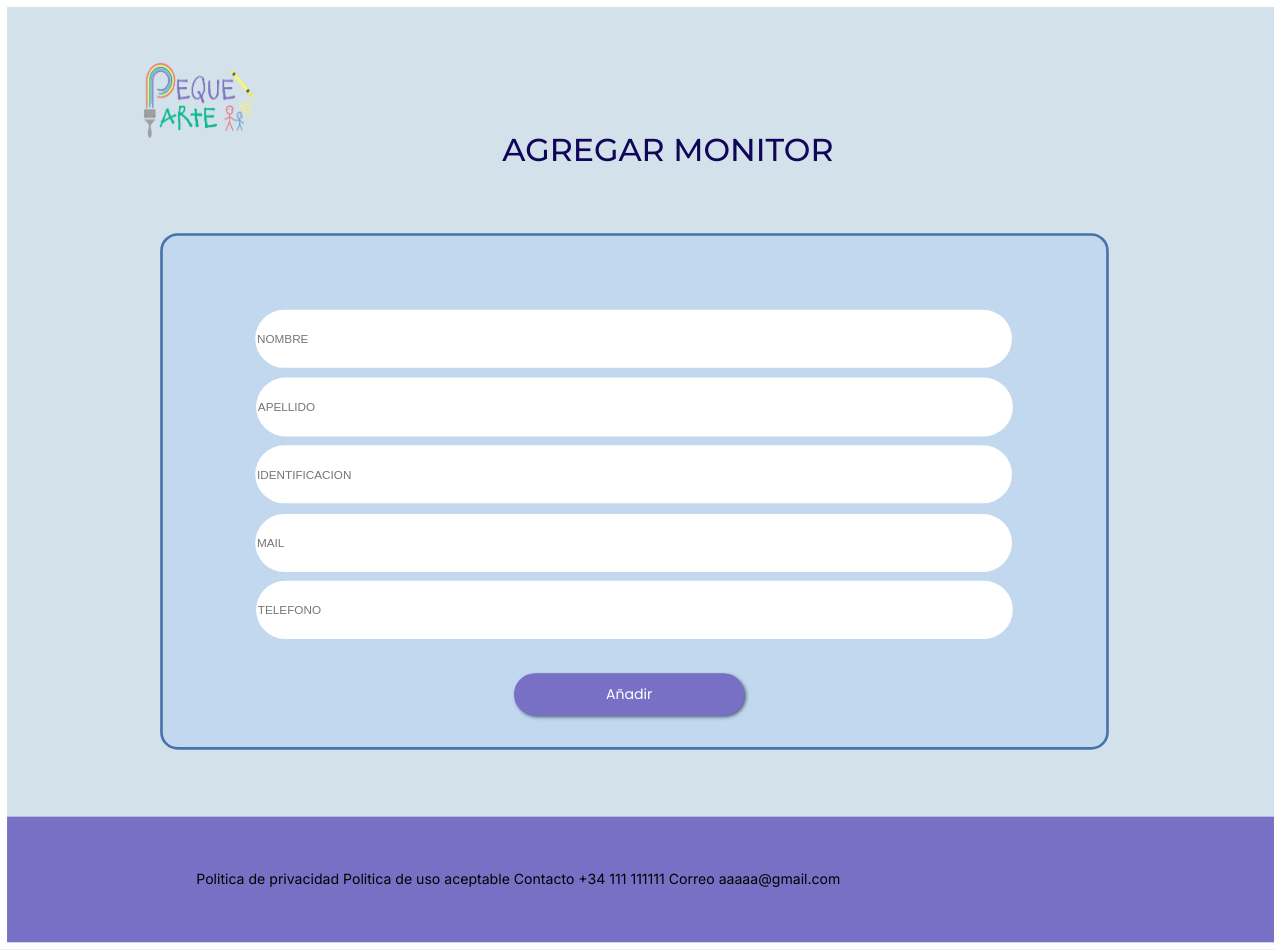
Repository: maariadomiingo/Proyecto-Integrador-Campamento
Page: html/agregarMonitor.html
The author's editor kept a copy of each file at every save. The page is drawn from the files as they stood at one save, then again after the next save.
The browser window is 1280 px wide. The page is 1448 px wide, so the pictures cover 1448 px, including what lies to the right of the window. The pictures show the whole page, at 88% of full size.

Above is the page before, as saved 2025-02-13 10:59:32.

### html/agregarMonitor.html
<!DOCTYPE html>
<html lang="en">
  <head>
    <meta charset="UTF-8" />
    <meta name="viewport" content="width=device-width, initial-scale=1.0" />
    <title>Ahregar Monitor</title>
    <link rel="stylesheet" href="https://fonts.googleapis.com/css2?family=Montserrat:wght@500&display=swap" />
<link rel="stylesheet" href="https://fonts.googleapis.com/css2?family=Poppins:wght@400&display=swap" />
<link rel="stylesheet" href="https://fonts.googleapis.com/css2?family=Inter:wght@400&display=swap" />
    <link rel="stylesheet" href="../css/agregarMonitor.css" />
  </head>
  <body>

    <div class="main-container">
      <img src="../img/logo sin fondo.png" class="logo" />
      <span class="span">AGREGAR MONITOR</span>
      <div class="fondo">
      <div class="caja-azul">

</div>

      </div>

<!--       cambiarnombre class: nombre, apellido,mail,telefono,identificacion en html y css
 -->      <input type="text" class="nombre" name="nombre" placeholder="NOMBRE">
      <input type="text" class="apellido" name="apellido" placeholder="APELLIDO">
      <input type="email" class="mail" name="mail" placeholder="MAIL">
      <input type="text" class="telefono" name="telefono" placeholder="TELEFONO">
      <input type="text" class="identificacion" name="IDENTIFICACION" placeholder="IDENTIFICACION">

      <button class="primary-buttons">
        <span class="button">Añadir</span>
      </button>
      <div class="rectangle-a"></div>
      <span class="politica-de-privacidad">Politica de privacidad Politica de uso aceptable Contacto +34 111 111111 Correo aaaaa@gmail.com</span>
    </div>
  </body>
</html>

### css/agregarMonitor.css
:root {
  --default-font-family: -apple-system, BlinkMacSystemFont, "Segoe UI", Roboto,
    Ubuntu, "Helvetica Neue", Helvetica, Arial, "PingFang SC",
    "Hiragino Sans GB", "Microsoft Yahei UI", "Microsoft Yahei",
    "Source Han Sans CN", sans-serif;
}

.main-container {
  overflow: hidden;
}

.main-container,
.main-container * {
  box-sizing: border-box;
}

input,
select,
textarea,
button {
  outline: 0;
}

.main-container {
  position: relative;
  width: 1440px;
  height: 1063px;
  margin: 0 auto;
}
.fondo {
  width: 100%;
  height: 100%;
  top: 0;
  left: 0;
  background: #d3e1eb;
}
.logo {
  position: absolute;
  width: 10%;
  height: 10%;
  top: 5%;
  left: 10%;
  z-index: 79;
}

.div {
  position: absolute;
  width: 19px;
  height: 21px;
  top: 56px;
  left: 84px;
  background: url(./assets/images/1e01157a333e1bec54a9393a8e8dd6b13038c27c.png)
    no-repeat center;
  background-size: cover;
  z-index: 20;
}
.div-2 {
  position: absolute;
  width: 24px;
  height: 29px;
  top: 63px;
  left: 1321px;
  background: url(./assets/images/d1984de478cfebaa95ada4a339a47bb648a589b3.png)
    no-repeat center;
  background-size: cover;
  z-index: 22;
}
.div-3 {
  position: absolute;
  width: 114px;
  height: 82px;
  top: 119px;
  left: 451px;
  background: url(./assets/images/a8f32849-de26-4fc5-b416-357a4538ae3c.png)
    no-repeat center;
  background-size: cover;
  z-index: 1;
}
.span {
  display: flex;
  align-items: flex-start;
  justify-content: center;
  position: absolute;
  width: 636px;
  height: 116px;
  top: 141px;
  left: 433px;
  color: #0f0559;
  font-family: Montserrat, var(--default-font-family);
  font-size: 36px;
  font-weight: 500;
  line-height: 43.884px;
  text-align: center;
  z-index: 3;
}
.div-4 {
  position: absolute;
  width: 27px;
  height: 23px;
  top: 157px;
  left: 508px;
  background: url(./assets/images/5f671df9ca895acd896dd721997735885d389190.png)
    no-repeat center;
  background-size: cover;
  z-index: 2;
}
.caja-azul {
  position: absolute;
  width: 1078px;
  height: 587px;
  top: 257px;
  left: 174px;
  background: rgba(176, 207, 241, 0.5);
  border: 3px solid #4674aa;
  z-index: 4;
  border-radius: 20px;
}
.nombre{
  position: absolute;
  width: 860px;
  height: 66px;
  top: 344px;
  left: 282px;
  cursor: pointer;
  background: #ffffff;
  border: none;
  z-index: 9;
  border-radius: 50px;

}

.apellido {
  position: absolute;
  width: 860px;
  height: 67px;
  top: 421px;
  left: 283px;
  cursor: pointer;
  background: #ffffff;
  border: none;
  z-index: 7;
  border-radius: 50px;
}


.identificacion {
  position: absolute;
  width: 860px;
  height: 66px;
  top: 498px;
  left: 282px;
  cursor: pointer;
  background: #ffffff;
  border: none;
  z-index: 9;
  border-radius: 50px;
}
.mail {
  position: absolute;
  width: 860px;
  height: 66px;
  top: 576px;
  left: 282px;
  cursor: pointer;
  background: #ffffff;
  border: none;
  z-index: 9;
  border-radius: 50px;
}


.telefono {
  position: absolute;
  width: 860px;
  height: 66px;
  top: 652px;
  left: 283px;
  cursor: pointer;
  background: #ffffff;
  border: none;
  z-index: 9;
  border-radius: 50px;



}
.primary-buttons {
  display: flex;
  align-items: center;
  justify-content: center;
  flex-wrap: nowrap;
  gap: 16px;
  position: absolute;
  width: 262px;
  height: 48px;
  top: 757px;
  left: 427px;
  padding: 16px 16px 16px 16px;
  cursor: pointer;
  background: #7770c5;
  border: none;
  z-index: 5;
  border-radius: 32px;
  box-shadow: 2px 2px 4px 0 rgba(51, 62, 99, 0.75);
  left: 40%;
}
.button {
  flex-shrink: 0;
  flex-basis: auto;
  position: relative;
  height: 22px;
  color: #ffffff;
  font-family: Poppins, var(--default-font-family);
  font-size: 16px;
  font-weight: 400;
  line-height: 22px;
  text-align: center;
  white-space: nowrap;
  z-index: 6;
}
.rectangle-a {
  position: absolute;
  width: 1440px;
  height: 143px;
  top: 920px;
  left: 0;
  background: #7770c5;
  z-index: 17;
}
.politica-de-privacidad {
  display: flex;
  align-items: flex-start;
  justify-content: flex-start;
  position: absolute;
  height: 19px;
  top: 982px;
  left: 215px;
  color: #000000;
  font-family: Inter, var(--default-font-family);
  font-size: 16px;
  font-weight: 400;
  line-height: 19px;
  text-align: left;
  white-space: nowrap;
  z-index: 18;
}

After the next save:
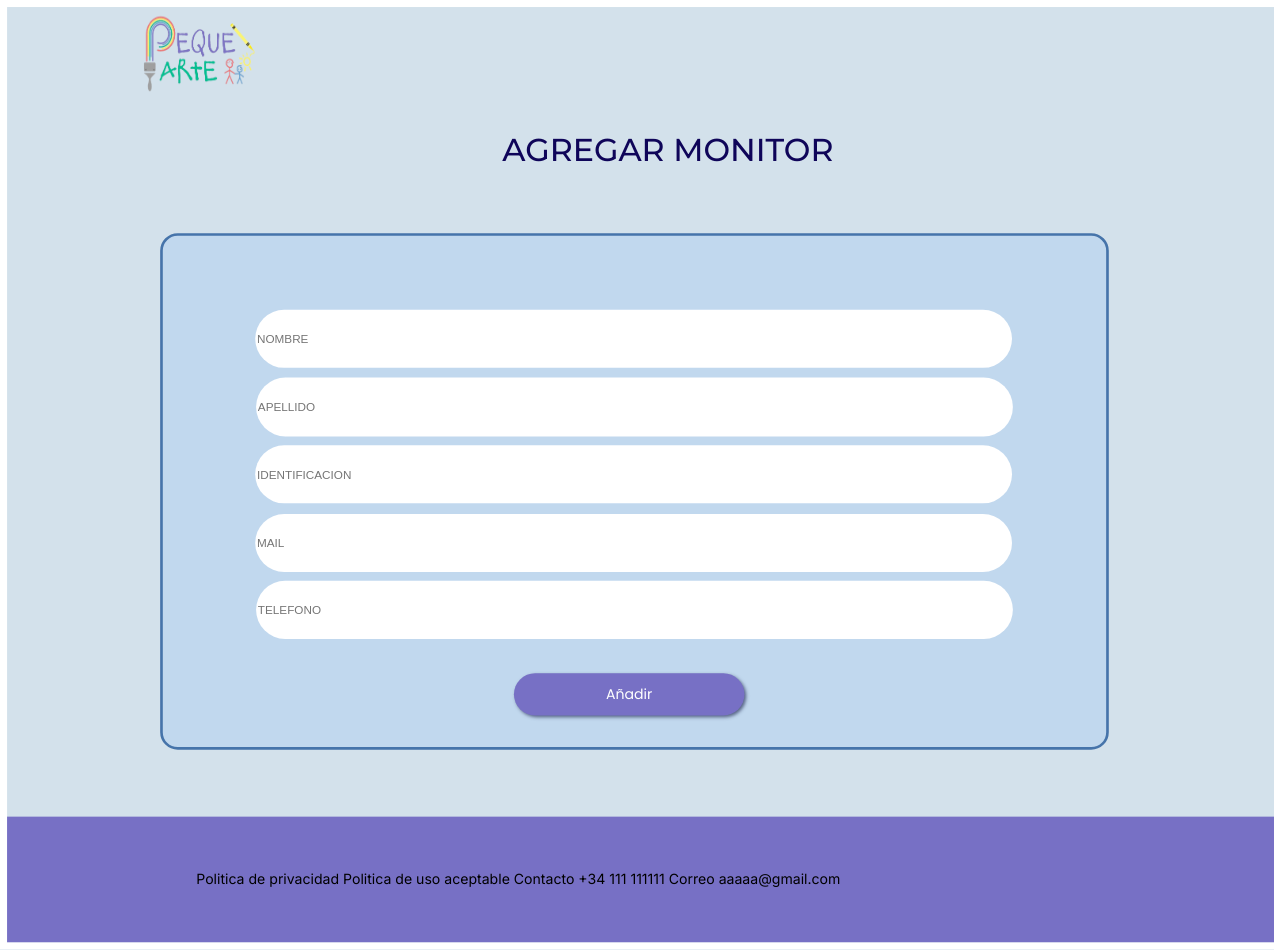
Saved 7 s later.
--- a/css/agregarMonitor.css
+++ b/css/agregarMonitor.css
@@ -38,7 +38,7 @@ button {
   position: absolute;
   width: 10%;
   height: 10%;
-  top: 5%;
+  top: 0%;
   left: 10%;
   z-index: 79;
 }
